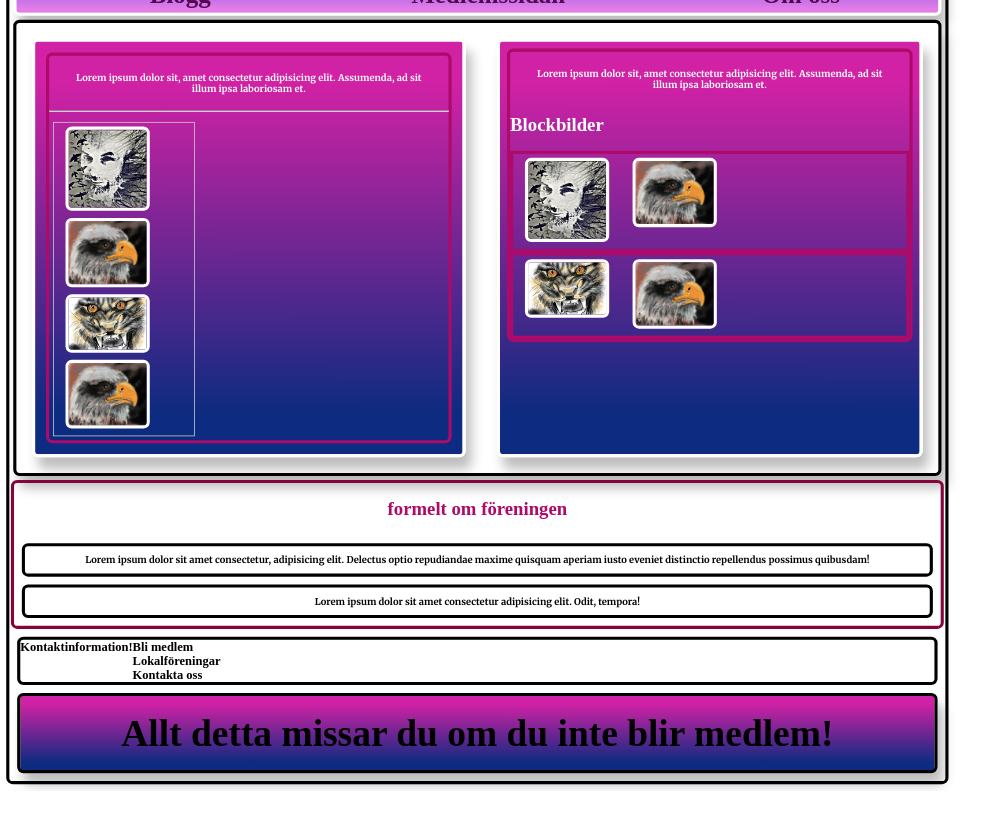
Repository: Webutveckling-20-21/lektion-3-CSS
Page: medlemssidan.html
These files come from the project's save history. The page is drawn as it stood at one moment and after the next save; the edit follows.
The browser window is 1280 px wide. The pictures show the part of the page from y = 117 to 1630 px (the page is 1192 px tall before and 1630 px after), at 78% of full size.
A picture or video elsewhere on the page could not be fetched, so the positions and the page height are approximate. Some web fonts or font styles are not loaded; a fallback is used.

Above is the page before, as saved 2021-10-07 14:21:21.

### medlemssidan.html
<!DOCTYPE html>
<html lang="en">

<head>
    <meta charset="UTF-8">
    <meta http-equiv="X-UA-Compatible" content="IE=edge">
    <meta name="viewport" content="width=device-width, initial-scale=1.0">
    <link rel="stylesheet" href="style3.css">
    <link rel="stylesheet" href="style4.css">
    <title>om oss</title>
</head>

<body>
    <div class="header">

        <h1>Palettnördarna.se</h1>
        <div class="logo">
            <img src="images/logga.png" alt="logga" class="logo-img">
        </div>

    </div>

    <ul class="navbar">

        <li class="nav-list"> <a href="index.html">Blogg</a></li>
        <li><a href="medlemssidan.html">Medlemssidan</a></li>
        <li><a href="om oss.html">Om oss</a></li>

    </ul>

    <div class="box">



        <div class="green">
            <div class="text-info">
                <p> Lorem ipsum dolor sit, amet consectetur adipisicing elit. Assumenda, ad sit illum ipsa laboriosam
                    et.</p>
                <h2>Blockbilder</h2>
                <div class="picture">
                    <div class="pics1 pics"> <img src="images/20171005_201321.jpg" alt=""> </div>
                    <div class="pics2 pics"> <img src="images/1493892949023.jpeg" alt=""> </div>
                </div>
                <div class="picture">
                    <div class="pics3 pics"> <img src="images/1494397130015.jpeg" alt=""> </div>
                    <div class="pics4 pics"> <img src="images/1493892949023.jpeg" alt=""></div>
                </div>

            </div>
        </div>

        <div class="red">
            <div class="text-info">
                <p> Lorem ipsum dolor sit, amet consectetur adipisicing elit. Assumenda, ad sit illum ipsa laboriosam
                    et.</p>
                    <hr>

                    <div class="gallery">
                        <div class="pics1 pics"> <img src="images/20171005_201321.jpg" alt=""> </div>
                        <div class="pics2 pics"> <img src="images/1493892949023.jpeg" alt=""> </div>
                        <div class="pics3 pics"> <img src="images/1494397130015.jpeg" alt=""> </div>
                        <div class="pics4 pics"> <img src="images/1493892949023.jpeg" alt=""></div>
                    </div>
            </div >
        </div>


    </div>

    <main class="main-content">
        <h2>formelt om föreningen</h2>
        <div class="information">
            <p>Lorem ipsum dolor sit amet consectetur, adipisicing elit. Delectus optio repudiandae maxime quisquam
                aperiam iusto eveniet distinctio repellendus possimus quibusdam!</p>
            <p>Lorem ipsum dolor sit amet consectetur adipisicing elit. Odit, tempora!

            </p>
        </div>

    </main>

    <section class="contact-all"> Kontaktinformation!

        <div class="contact-info">
            <div class="be-member">Bli medlem</div>
            <div class="locals">Lokalföreningar</div>
            <div class="contact">Kontakta oss</div>
        </div>
    </section>

    <footer class="footer-place"> Allt detta missar du om du inte blir medlem!</footer>

</body>






</html>

### style3.css
@import url('https://fonts.googleapis.com/css2?family=Grechen+Fuemen&display=swap');
@import url('https://fonts.googleapis.com/css2?family=Roboto&display=swap');
@import url('https://fonts.googleapis.com/css2?family=Merriweather:wght@700&display=swap');

body {
    font-family: 'Grechen Fuemen', cursive;
    font-weight: bolder;
    border: 4px solid black;
    border-radius: 8px;
    max-width: 1200px;
}

.header {
    display: flex;
    width: 98%;
    height: 50px;
    border: 5px solid white;
    background: linear-gradient(to bottom, #6f76df 10%, #df258b 90%);
    box-shadow: 7.6px 15.2px 15.2px hsl(0deg 0% 0% / 0.26);
    border-radius: 8px;
    justify-content: center;
    margin: 5px;
}

.header h1 {
    margin: 10px;
    flex-wrap: wrap;
}

.logo-img {
    border: 0px;
}


.navbar {

    width: auto;
    height: auto;
    display: flex;
    align-items: center;
    justify-content: space-around;
    background-color: #eed9f8;
    margin: 5px;
    border-radius: 8px;
    flex-wrap: wrap;
}

audio {
    width: 200px;
    height: 50px;
}

ul {

    list-style-type: none;
    flex-wrap: wrap;
    margin-left: 5;
    margin-right: 5;
    padding: 10;
    width: 90%;
    height: auto;
    overflow: hidden;
    border: 4px solid white;
    background: linear-gradient(to bottom, #8257e7 10%, #e47ee7 90%);
    box-shadow: 7.6px 15.2px 15.2px hsl(0deg 0% 0% / 0.26);
}

.nav-list {
    margin: 5px;
    flex-wrap: wrap;

}

a {
    text-decoration: none;
    font-size: 2rem;
    color: rgb(82, 6, 82);


}

a:hover {
    color: rgb(100, 59, 212);
}

/*
.img::before {
    content:"opacity .2" ;
 }
 .img::after {
    content:" opacity 1";
 }*/

.thumbnail:hover {
    position: relative;
    top: -10px;
    /* left: -10px; */
    right: 30px;
    width: 175px;
    height: auto;
    display: block;
    z-index: 999;
    transition: all .5s ease-in-out;
}

.marg-text {
    text-align: justify;
}

/* <img src="[your hosted image URL]" class="thumbnail" height="100" width="100" />  */



.box {
    /* background: linear-gradient(to bottom, #c69de7 10%, #e47ee7 90%); */
    /* height:200px; */
    display: flex;
    /* max-width: 100%; */
    align-items: stretch;
    justify-content: center;
    flex-direction: row;
    flex-wrap: wrap;
    ;
    border: 4px solid rgb(86, 5, 102);
    background-color: white;
    border-radius: 8px;
    flex-wrap: wrap;
    border: solid 4px black;
    margin: 5px;
    /* opacity: 0.5; */
    box-shadow: 7.6px 15.2px 15.2px hsl(0deg 0% 0% / 0.26);
}

.blue {
    display:flex;
    flex-wrap: wrap;


   background: linear-gradient(to bottom, #d121a5 10%, #0d2b80 90%);
    max-width: 300px;
    max-height: auto;
    background-color: rgba(255, 255, 255, 0.2);
    margin: 20px;
    flex: 1;
    order: 2;
    border: 4px solid rgb(241, 238, 238);
    color: white;
    border-radius: 8px;
    padding: 10px;
    box-shadow: 7.6px 15.2px 15.2px hsl(0deg 0% 0% / 0.26);

}

.green {
    max-width: 300px;
    max-height: auto;
    flex: 1;
    order: 3;
    margin: 20px;
    border: 4px solid white;
    color: White;
    border-radius: 8px;
    padding: 5px;
    box-shadow: 7.6px 15.2px 15.2px hsl(0deg 0% 0% / 0.26);
    background: linear-gradient(to bottom, #d121a5 10%, #0d2b80 90%);
}

.red {
    max-width: 300px;
    margin: 20px;
    flex: 1;
    order: 1;
    padding: 10px;
    color: white;

    border: 4px solid white;
    background: rgba(255, 255, 255, 0.1);
    border-radius: 8px;
    padding: 10px;
    background: linear-gradient(to bottom, #d121a5 10%, #0d2b80 90%);
    box-shadow: 7.6px 15.2px 15.2px hsl(0deg 0% 0% / 0.26);

}

.main-content{
    display:flex;
    flex-direction: column;
  text-align: center;
  border:solid 4px rgb(134, 4, 59);
  border-radius:8;
  margin: 2px;
}
main{
    border-radius: 8px;
}

 .main-content> h2{
   color:rgb(173, 10, 105);
 }
 .information>p{
     color:black;
     border:solid 4px black;
     border-radius: 8px;
 }
 .text-info{
     border:solid 4px rgb(173,10,105);
     border-radius: 8px;
     margin:4px;

 }
 .picture{
     display:flex;
     flex-wrap: wrap;
     border:solid 4px rgb(173,10,105);

 }


img {
    margin-left: 10px;
    margin-right: 10px;
    width: 100px;
    border-radius: 8px;
    max-width: 300px;
    /*margin: auto;*/
    border: 4px solid white;
}

h2 {
    justify-content: center;
    font-weight: 700;
}
h3 {
    margin: auto;
}
p {
    font-size: 0.75rem;
    text-align: center;
    margin: 10px;
    padding: 10px;
    font-family: 'Merriweather', serif;
    color: white;
    /* font-family: 'Roboto', sans-serif;   */

}

h3 {
    /* padding: 20px; */
    text-align: center;
}

.footer-place {
    display: flex;
    justify-content: center;
    align-items: stretch;
    /* width: 90vh; */
    padding: 20px;
    margin: 10px;
    border: 4px solid black;
    background: linear-gradient(180deg, #d121a5 10%, #0d2b80 90%);
    box-shadow: 7.6px 15.2px 15.2px hsl(0deg 0% 0% / 0.26);
    border-radius: 8px;
    font-size:3rem;
}

.pics {

    margin: 5px;

}

### style4.css
@import url('https://fonts.googleapis.com/css2?family=Grechen+Fuemen&display=swap');
@import url('https://fonts.googleapis.com/css2?family=Roboto&display=swap');
@import url('https://fonts.googleapis.com/css2?family=Merriweather:wght@700&display=swap');

body {
    font-family: 'Grechen Fuemen', cursive;
    font-weight: bolder;
    border: 4px solid black;
    border-radius: 8px;
    max-width: 1200px;
}

.header {
    display: flex;
    width: 98%;
    height: 50px;
    border: 5px solid white;
    background: linear-gradient(to bottom, #6f76df 10%, #df258b 90%);
    box-shadow: 7.6px 15.2px 15.2px hsl(0deg 0% 0% / 0.26);
    border-radius: 8px;
    justify-content: center;
    margin: 5px;
}

.header h1 {
    margin: 10px;
    flex-wrap: wrap;
}

.logo-img {
    border: 0px;
}


.navbar {

    width: auto;
    height: auto;
    display: flex;
    align-items: center;
    justify-content: space-around;
    background-color: #eed9f8;
    margin: 5px;
    border-radius: 8px;
    flex-wrap: wrap;
}

audio {
    width: 200px;
    height: 50px;
}

ul {

    list-style-type: none;
    flex-wrap: wrap;
    margin-left: 5;
    margin-right: 5;
    padding: 10;
    width: 90%;
    height: auto;
    overflow: hidden;
    border: 4px solid white;
    background: linear-gradient(to bottom, #8257e7 10%, #e47ee7 90%);
    box-shadow: 7.6px 15.2px 15.2px hsl(0deg 0% 0% / 0.26);
}

.nav-list {
    margin: 5px;
    flex-wrap: wrap;

}

a {
    text-decoration: none;
    font-size: 2rem;
    color: rgb(82, 6, 82);


}

a:hover {
    color: rgb(100, 59, 212);
}

/*
.img::before {
    content:"opacity .2" ;
 }
 .img::after {
    content:" opacity 1";
 }*/

.thumbnail:hover {
    position: relative;
    top: -10px;
    /* left: -10px; */
    right: 30px;
    width: 175px;
    height: auto;
    display: block;
    z-index: 999;
    transition: all .5s ease-in-out;
}

.marg-text {
    text-align: justify;
}

/* <img src="[your hosted image URL]" class="thumbnail" height="100" width="100" />  */



.box {
    /* background: linear-gradient(to bottom, #c69de7 10%, #e47ee7 90%); */
    /* height:200px; */
    display: flex;
    /* max-width: 100%; */
    align-items: stretch;
    justify-content: center;
    flex-direction: row;
    flex-wrap: wrap;
    ;
    border: 4px solid rgb(86, 5, 102);
    background-color: white;
    border-radius: 8px;
    flex-wrap: wrap;
    border: solid 4px black;
    margin: 5px;
    /* opacity: 0.5; */
    box-shadow: 7.6px 15.2px 15.2px hsl(0deg 0% 0% / 0.26);
}



.green {
    max-width: 50%;
    max-height: auto;
    flex: 1;
    order: 2;
    margin: 20px;
    border: 4px solid white;
    color: White;
    border-radius: 8px;
    padding: 5px;
    box-shadow: 7.6px 15.2px 15.2px hsl(0deg 0% 0% / 0.26);
    background: linear-gradient(to bottom, #d121a5 10%, #0d2b80 90%);
}

.red {
    display:flex;
    flex-direction: column;
    flex-wrap: wrap;
    max-width: 50%;
    margin: 20px;
    flex: 1;
    order: 1;
    padding: 10px;
    color: white;

    border: 4px solid white;
    background: rgba(255, 255, 255, 0.1);
    border-radius: 8px;
    padding: 10px;
    background: linear-gradient(to bottom, #d121a5 10%, #0d2b80 90%);
    box-shadow: 7.6px 15.2px 15.2px hsl(0deg 0% 0% / 0.26);

}


.gallery{

    margin: 5px;
    border: 1px solid #ccc;
    float: left;
    width: 180px;
}
.gallery:hover{
    border: 1px solid #777;
}


.main-content {
    display: flex;
    flex-direction: column;
    text-align: center;
    border: solid 4px rgb(134, 4, 59);
    border-radius: 8;
    margin: 2px;
}

main {
    border-radius: 8px;
}

.main-content>h2 {
    color: rgb(173, 10, 105);
}


.information>p {
    color: black;
    border: solid 4px black;
    border-radius: 8px;
}

.text-info {
    border: solid 4px rgb(173, 10, 105);
    border-radius: 8px;
    margin: 4px;

}

.picture {
    display: flex;
    flex-wrap: wrap;
    border: solid 4px rgb(173, 10, 105);

}


img {
    margin-left: 10px;
    margin-right: 10px;
    width: 100px;
    border-radius: 8px;
    max-width: 300px;
    /*margin: auto;*/
    border: 4px solid white;
}

h2 {
    justify-content: center;
    font-weight: 700;
}

h3 {
    margin: auto;
}

p {
    font-size: 0.75rem;
    text-align: center;
    margin: 10px;
    padding: 10px;
    font-family: 'Merriweather', serif;
    color: white;
    /* font-family: 'Roboto', sans-serif;   */

}

h3 {
    /* padding: 20px; */
    text-align: center;
}
.contact-all{
    display:flex;
    flex-wrap: wrap;
    flex-direction: row;
    flex-direction: stretch;
    border:4px solid black;
    border-radius:8px;
    margin: 10px;

}


.footer-place {
    display: flex;
    justify-content: center;
    align-items: stretch;
    /* width: 90vh; */
    padding: 20px;
    margin: 10px;
    border: 4px solid black;
    background: linear-gradient(180deg, #d121a5 10%, #0d2b80 90%);
    box-shadow: 7.6px 15.2px 15.2px hsl(0deg 0% 0% / 0.26);
    border-radius: 8px;
    font-size: 3rem;
}

.pics {

    margin: 5px;

}

After the next save:
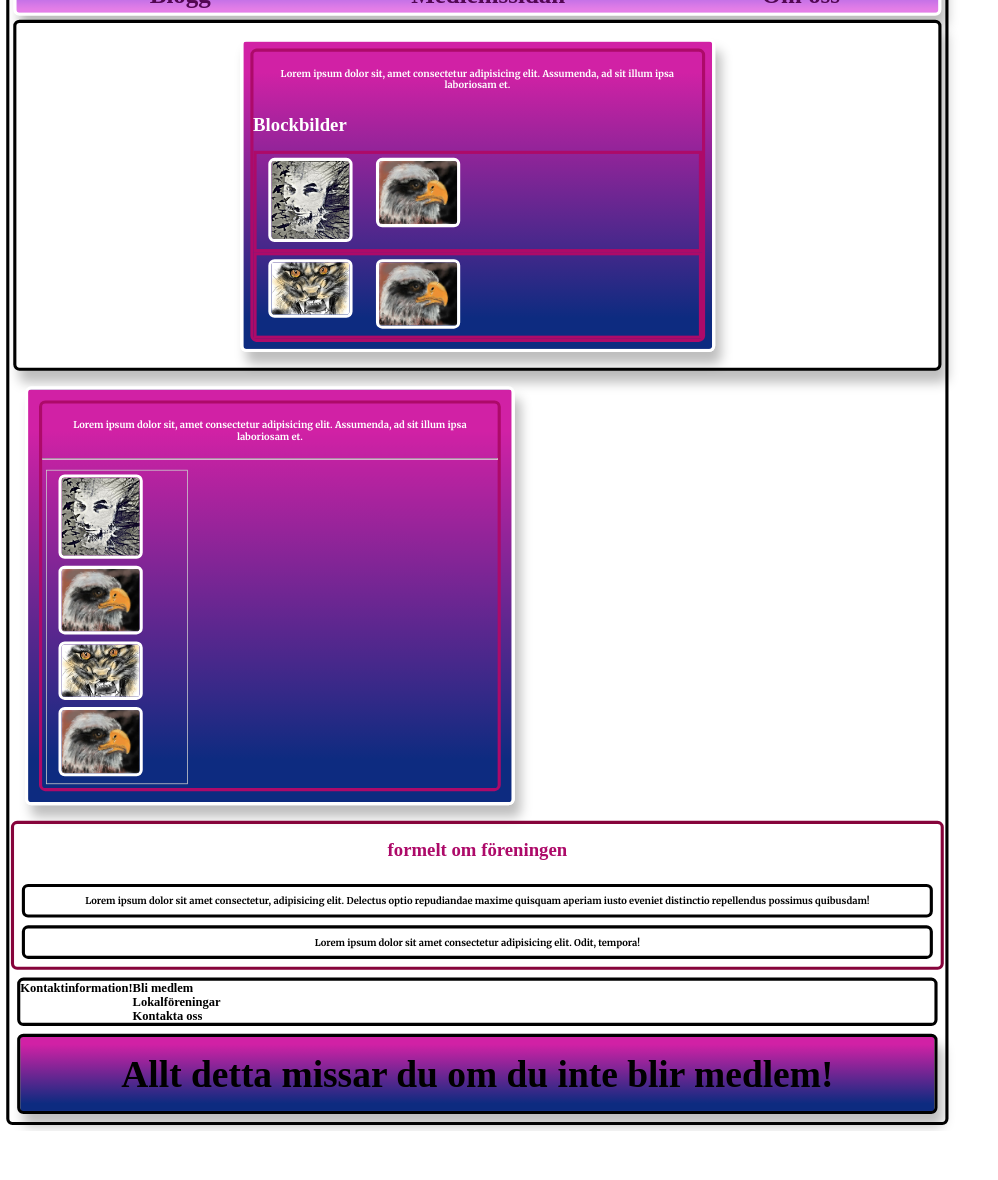
Saved 73 s later.
--- a/medlemssidan.html
+++ b/medlemssidan.html
@@ -45,6 +45,7 @@
                     <div class="pics3 pics"> <img src="images/1494397130015.jpeg" alt=""> </div>
                     <div class="pics4 pics"> <img src="images/1493892949023.jpeg" alt=""></div>
                 </div>
+            </div>
 
             </div>
         </div>
@@ -53,15 +54,15 @@
             <div class="text-info">
                 <p> Lorem ipsum dolor sit, amet consectetur adipisicing elit. Assumenda, ad sit illum ipsa laboriosam
                     et.</p>
-                    <hr>
+                <hr>
 
-                    <div class="gallery">
-                        <div class="pics1 pics"> <img src="images/20171005_201321.jpg" alt=""> </div>
-                        <div class="pics2 pics"> <img src="images/1493892949023.jpeg" alt=""> </div>
-                        <div class="pics3 pics"> <img src="images/1494397130015.jpeg" alt=""> </div>
-                        <div class="pics4 pics"> <img src="images/1493892949023.jpeg" alt=""></div>
-                    </div>
-            </div >
+                <div class="gallery">
+                    <div class="pics1 pics"> <img src="images/20171005_201321.jpg" alt=""> </div>
+                    <div class="pics2 pics"> <img src="images/1493892949023.jpeg" alt=""> </div>
+                    <div class="pics3 pics"> <img src="images/1494397130015.jpeg" alt=""> </div>
+                    <div class="pics4 pics"> <img src="images/1493892949023.jpeg" alt=""></div>
+                </div>
+            </div>
         </div>
 
 

After the 2 saves that followed:
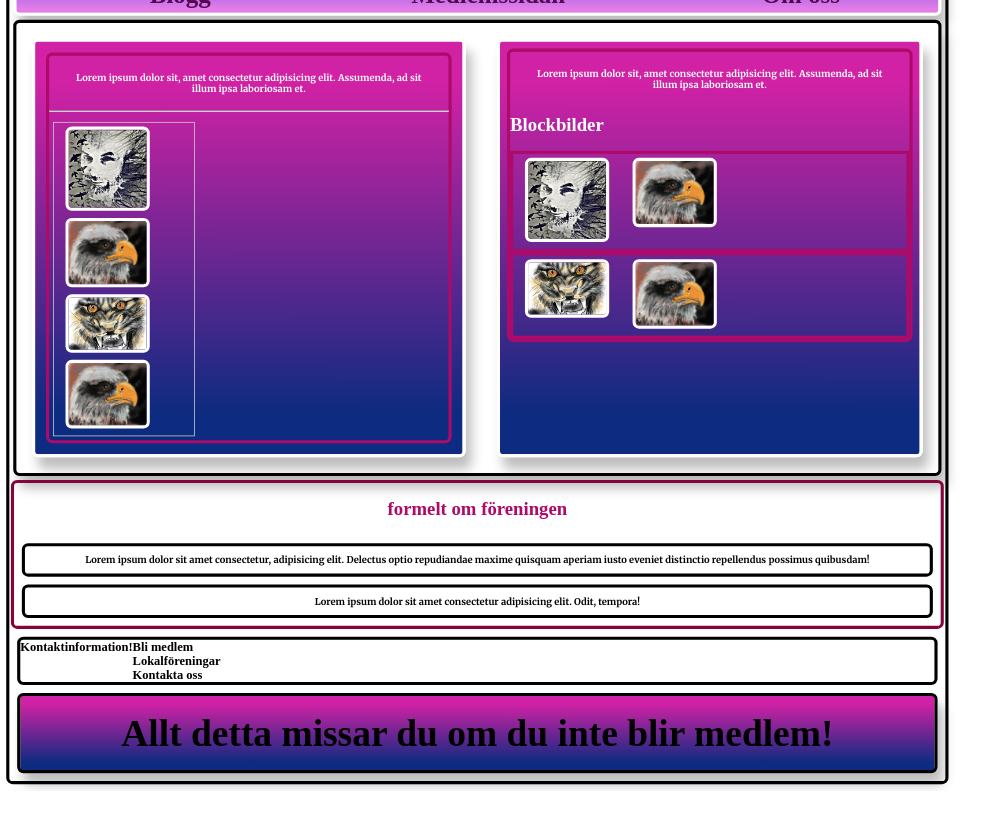
The 2 saves are shown as one change because 1 left the picture as it was.
The last was saved 36 s later.
--- a/medlemssidan.html
+++ b/medlemssidan.html
@@ -45,7 +45,7 @@
                     <div class="pics3 pics"> <img src="images/1494397130015.jpeg" alt=""> </div>
                     <div class="pics4 pics"> <img src="images/1493892949023.jpeg" alt=""></div>
                 </div>
-            </div>
+
 
             </div>
         </div>
